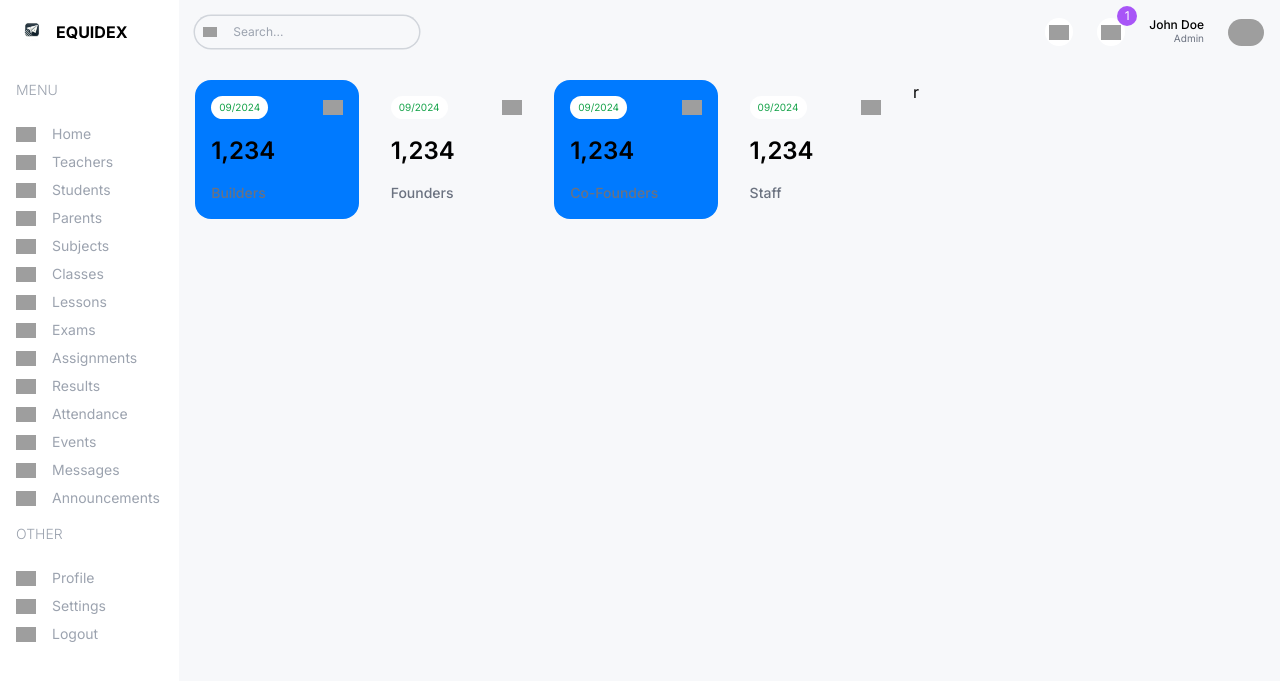
Repository: MikeeBuilds/equidex
Page: /admin
These files come from the project's save history. The page is drawn as it stood at one moment and after a run of saves; the edit follows.
The browser window is 1280 px wide. The pictures show the whole page.
Pictures or frames that could not be fetched are drawn as grey boxes. The project was rebuilt for these pictures with package versions that can differ from the ones it lists, and the page was loaded fresh each time. The framework's server and built-in components were replaced by stand-ins that run in the browser. Also part of the build but not shown: next.config.mjs.

Above is the page before, as saved 2024-09-24 18:33:30.

After the next 2 saves:
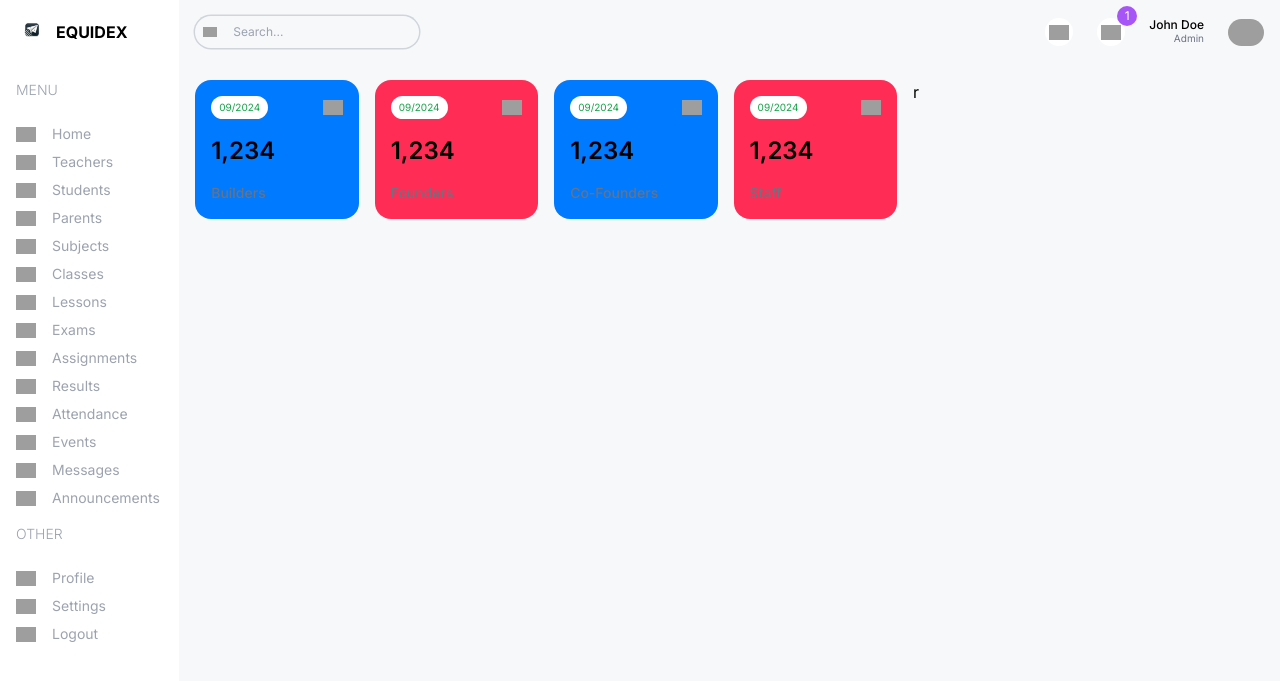
The 2 saves are shown as one change because they came seconds apart.
The last was saved 14 s later.
--- a/src/components/UserCard.tsx
+++ b/src/components/UserCard.tsx
@@ -3,7 +3,7 @@ import React from 'react'
 
 const UserCard = ({type}:{type:string}) => {
   return (
-    <div className='rounded-2xl odd:bg-dexBlue even:bg-dexYellow p-4 flex-1 min-w-[130px]'>
+    <div className='rounded-2xl odd:bg-dexBlue even:bg-dexPink p-4 flex-1 min-w-[130px]'>
         <div className='flex justify-between items-center'>
             <span className='text-[10px] bg-white px-2 py-1 rounded-full text-green-600'>09/2024</span>
             <Image src="/more.png" alt='more' width={20} height={20} />
